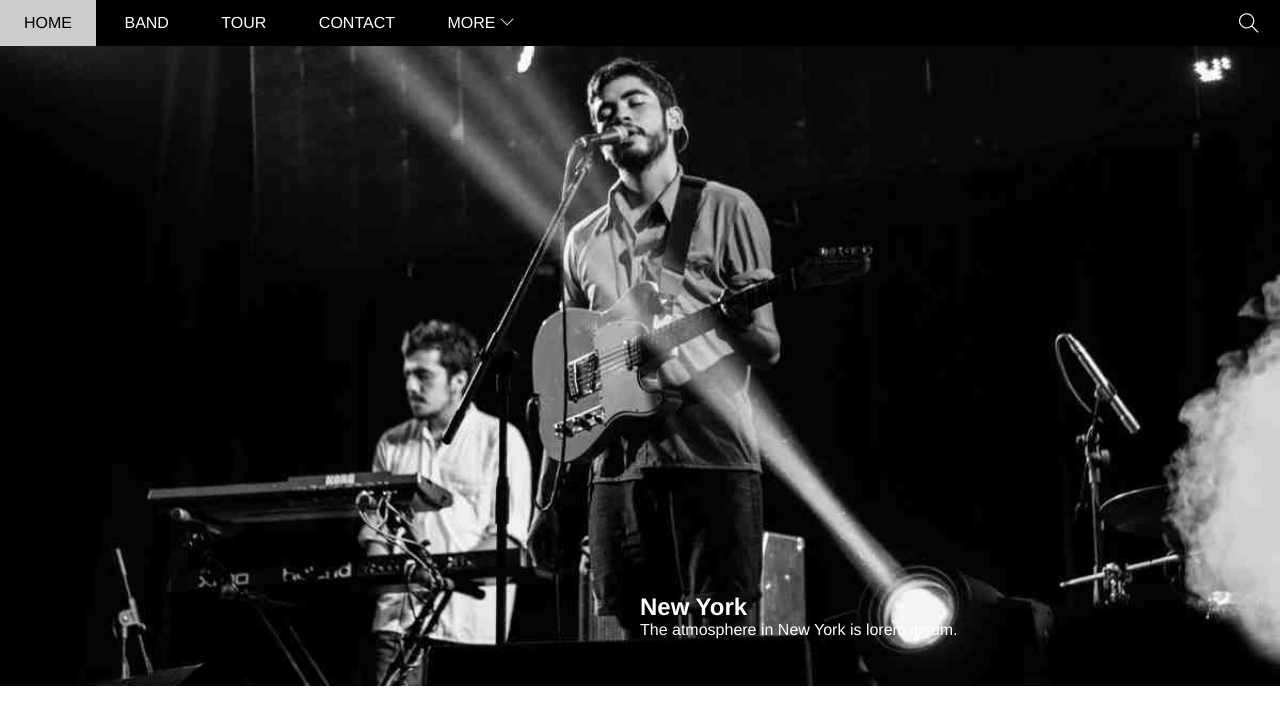
Repository: vophuocthanh/phuocthanhk03
Page: index.html
An editor plug-in stored every save of this project. The page is shown before and after the next save, followed by the edit.
The browser window is 1280 px wide. The pictures show the whole page.

Above is the page before, as saved 2022-03-03 22:31:20.

After the next save:
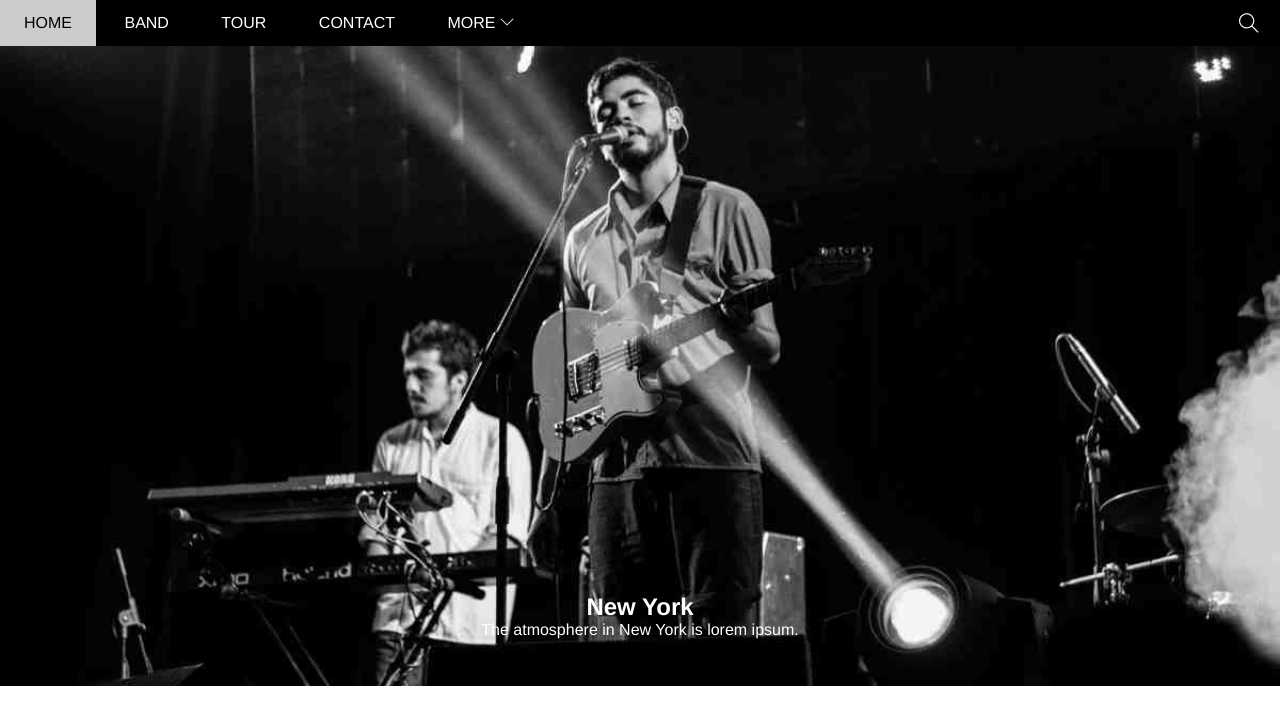
Saved 2 min 52 s later.
--- a/asset/css/style.css
+++ b/asset/css/style.css
@@ -122,6 +122,8 @@ html {
     bottom: 47px;
     color: #fff;
     left: 50%;
+    transform: translate(-50%);
+    text-align: center;
 }
 
 #slider .text-headin {}
